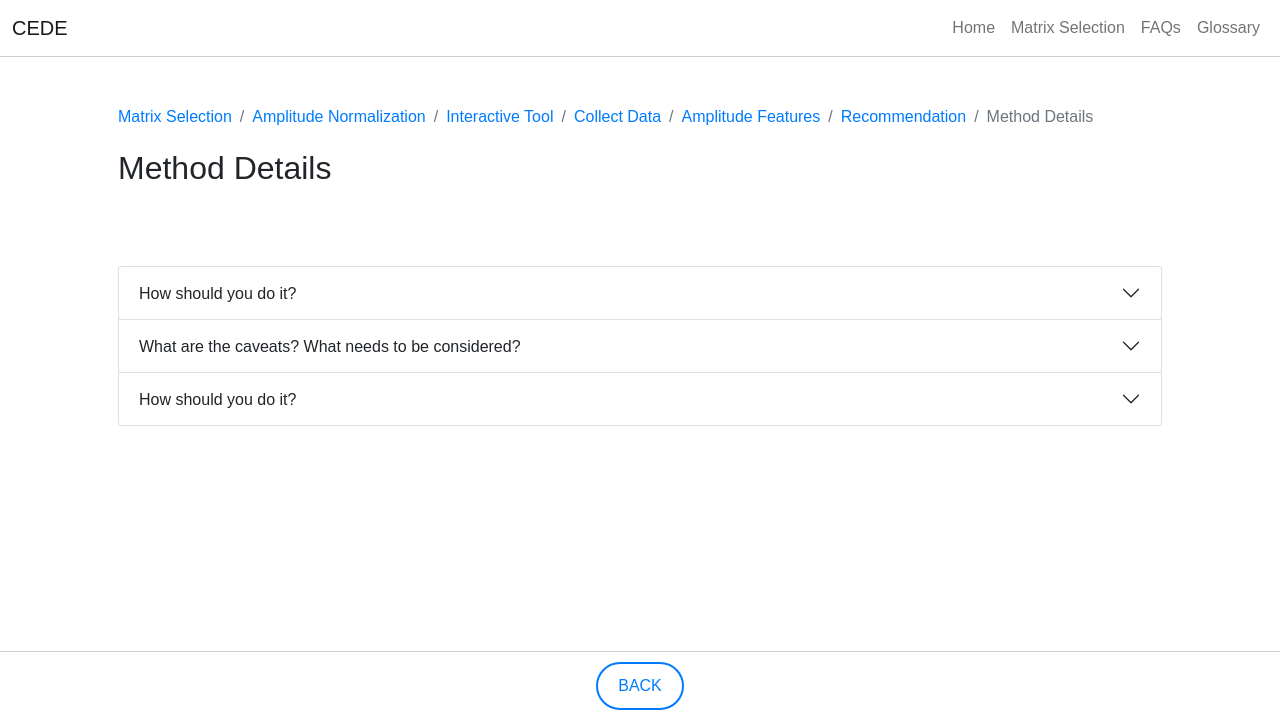
Repository: devashrisamani/CEDE-Website
Page: website/method.html
These files come from the project's save history. The page is drawn as it stood at one moment and after the next save; the edit follows.
The browser window is 1280 px wide. The pictures show the whole page.
Some web libraries are served in a nearby version.

Above is the page before, as saved 2024-09-11 13:48:41.

### website/method.html
<!DOCTYPE html>
<html lang="en">
  <head>
    <meta charset="UTF-8" />
    <meta name="viewport" content="width=device-width, initial-scale=1.0" />
    <title>Method Details</title>
    <link
      href="https://cdn.jsdelivr.net/npm/bootstrap@5.1.3/dist/css/bootstrap.min.css"
      rel="stylesheet"
    />
    <link rel="stylesheet" href="styles.css" />
    <style>
      #wrapper {
        width: 100%;
        text-align: center;
      }

      .header-title {
        margin-top: 20px;
        margin-bottom: 20px;
        text-align: left;
      }

      .recommendation-section {
        padding: 20px;
        border-radius: 5px;
        margin-bottom: 15px;
        text-align: left;
      }

      .high-probability {
        background-color: #d4edda;
        border: 1px solid #c3e6cb;
      }

      .caution {
        background-color: #fff3cd;
        border: 1px solid #ffeeba;
      }

      .low-probability {
        background-color: #f8d7da;
        border: 1px solid #f5c6cb;
      }

      .btn-container-wrapper {
        display: flex;
        justify-content: center;
        width: 100%;
      }

      .btn-container {
        position: fixed;
        bottom: 0;
        width: 100%;
        background-color: white;
        padding: 10px 0;
        display: flex;
        justify-content: center;
        border-top: 1px solid #cfcfcf;
        z-index: 1000;
      }

      .btn-container .btn {
        padding: 10px 20px;
        font-size: 16px;
        border-radius: 30px;
        border: 2px solid #007bff;
        background-color: white;
        color: #007bff;
        text-transform: uppercase;
      }

      .btn-container .btn:hover {
        background-color: #e0e0e0;
        color: #007bff;
      }

      .container {
        padding-bottom: 80px; /* to ensure the content does not hide behind the fixed button */
      }

      .accordion-button.collapsed {
        text-decoration: none;
      }

      .accordion-button.collapsed:hover {
        text-decoration: underline;
      }
    </style>
  </head>
  <body>
    <nav class="navbar navbar-expand-lg navbar-light bg-white">
      <div class="container-fluid">
        <a class="navbar-brand" href="#">CEDE</a>
        <button
          class="navbar-toggler"
          type="button"
          data-bs-toggle="collapse"
          data-bs-target="#navbarNavAltMarkup"
          aria-controls="navbarNavAltMarkup"
          aria-expanded="false"
          aria-label="Toggle navigation"
        >
          <span class="navbar-toggler-icon"></span>
        </button>
        <div
          class="collapse navbar-collapse justify-content-end"
          id="navbarNavAltMarkup"
        >
          <div class="navbar-nav">
            <a class="nav-link" href="#">Home</a>
            <a class="nav-link" href="#">Matrix Selection</a>
            <a class="nav-link" href="#">FAQs</a>
            <a class="nav-link" href="#">Glossary</a>
          </div>
        </div>
      </div>
    </nav>

    <!-- Main Content -->
    <div class="container mt-5 px-5">
      <nav aria-label="breadcrumb">
        <ol class="breadcrumb">
          <li class="breadcrumb-item">
            <a href="index.html">Matrix Selection</a>
          </li>
          <li class="breadcrumb-item">
            <a href="amplitude.html">Amplitude Normalization</a>
          </li>
          <li class="breadcrumb-item">
            <a href="inttool.html">Interactive Tool</a>
          </li>
          <li class="breadcrumb-item">
            <a href="collectdata.html">Collect Data</a>
          </li>
          <li class="breadcrumb-item">
            <a href="collectdata.html">Amplitude Features</a>
          </li>
          <li class="breadcrumb-item">
            <a href="recommendation.html">Recommendation</a>
          </li>
          <li class="breadcrumb-item active" aria-current="page">
            Method Details
          </li>
        </ol>
      </nav>

      <div class="header-title">
        <h2>Method Details</h2>
        <p id="method-title">
          <!-- Dynamic Title will be inserted here -->
        </p>

        <div id="recommendation-section" class="recommendation-section">
          <h4 id="recommendation-heading">
            <!-- Recommendation title will be inserted here -->
          </h4>
          <div id="why-good-choice">
            <!-- Dynamic content for 'Why is this method a good choice?' will be inserted here -->
          </div>
        </div>

        <div class="accordion" id="methodDetailsAccordion">
          <div class="accordion-item">
            <h2 class="accordion-header" id="headingThree">
              <button
                class="accordion-button collapsed"
                type="button"
                data-bs-toggle="collapse"
                data-bs-target="#collapseThree"
                aria-expanded="false"
                aria-controls="collapseThree"
              >
                How should you do it?
              </button>
            </h2>
            <div
              id="collapseThree"
              class="accordion-collapse collapse"
              aria-labelledby="headingThree"
              data-bs-parent="#methodDetailsAccordion"
            >
              <div class="accordion-body" id="how-do-it">
                <!-- Dynamic content for 'How should you do it?' will be inserted here -->
              </div>
            </div>
          </div>
          <div class="accordion-item">
            <h2 class="accordion-header" id="headingTwo">
              <button
                class="accordion-button collapsed"
                type="button"
                data-bs-toggle="collapse"
                data-bs-target="#collapseTwo"
                aria-expanded="false"
                aria-controls="collapseTwo"
              >
                What are the caveats? What needs to be considered?
              </button>
            </h2>
            <div
              id="collapseTwo"
              class="accordion-collapse collapse"
              aria-labelledby="headingTwo"
              data-bs-parent="#methodDetailsAccordion"
            >
              <div class="accordion-body" id="what-caveats">
                <!-- Dynamic content for 'What are the caveats?' will be inserted here -->
              </div>
            </div>
          </div>

          <div class="accordion-item">
            <h2 class="accordion-header" id="headingThree">
              <button
                class="accordion-button collapsed"
                type="button"
                data-bs-toggle="collapse"
                data-bs-target="#collapseThree"
                aria-expanded="false"
                aria-controls="collapseThree"
              >
                How should you do it?
              </button>
            </h2>
            <div
              id="collapseThree"
              class="accordion-collapse collapse"
              aria-labelledby="headingThree"
              data-bs-parent="#methodDetailsAccordion"
            >
              <div class="accordion-body" id="how-do-it">
                <!-- Dynamic content for 'How should you do it?' will be inserted here -->
              </div>
            </div>
          </div>
        </div>
      </div>

      <div class="btn-container-wrapper">
        <div class="btn-container">
          <button class="btn" onclick="location.href='recommendation.html'">
            Back
          </button>
        </div>
      </div>
    </div>

    <script>
      document.addEventListener("DOMContentLoaded", function () {
        const selectedMethod = JSON.parse(
          localStorage.getItem("selectedMethod")
        );

        if (selectedMethod) {
          // Dynamically insert the method title
          document.getElementById("method-title").innerText =
            selectedMethod.title;

          // Update the recommendation section based on the probability type
          let recommendationClass = "high-probability"; // default class
          let recommendationText =
            "Yes: High probability that this is appropriate";

          if (selectedMethod.probability === "caution") {
            recommendationClass = "caution";
            recommendationText =
              "Caution: Might be appropriate, considering specific issues";
          } else if (selectedMethod.probability === "low") {
            recommendationClass = "low-probability";
            recommendationText =
              "No: High probability that this is inappropriate";
          }

          // Set the recommendation class and heading
          const recommendationSection = document.getElementById(
            "recommendation-section"
          );
          recommendationSection.classList.add(recommendationClass);
          document.getElementById("recommendation-heading").innerText =
            recommendationText;

          // Insert the 'Why is this method a good choice?' content
          document.getElementById("why-good-choice").innerHTML = `
            <ul>
              ${selectedMethod.whyGoodChoice
                .map((item) => `<li>${item}</li>`)
                .join("")}
            </ul>
          `;

          // Insert the 'What are the caveats?' content
          document.getElementById("what-caveats").innerHTML = `
            <ul>
              ${selectedMethod.caveats
                .map((item) => `<li>${item}</li>`)
                .join("")}
            </ul>
          `;

          // Insert the 'How should you do it?' content
          document.getElementById("how-do-it").innerHTML = `
            <ul>
              ${selectedMethod.howToDoIt
                .map((item) => `<li>${item}</li>`)
                .join("")}
            </ul>
          `;
        }
      });
    </script>

    <script src="https://code.jquery.com/jquery-3.5.1.slim.min.js"></script>
    <script src="https://cdn.jsdelivr.net/npm/@popperjs/core@2.5.4/dist/umd/popper.min.js"></script>
    <script src="https://cdn.jsdelivr.net/npm/bootstrap@5.1.3/dist/js/bootstrap.bundle.min.js"></script>
    <script src="https://use.fontawesome.com/releases/v5.15.1/js/all.js"></script>
  </body>
</html>

### website/styles.css
body {
  font-family: Arial, sans-serif;
  margin: 0;
  padding: 0;
  background-color: #ffffff;
}

header {
  padding: 20px;
  text-align: center;
}

.navbar {
  border-bottom: 1px solid #cfcfcf;
  background-color: #ffffff;
}

.breadcrumb {
  background-color: white;
  padding: 0;
  margin-bottom: 20px;
}

.breadcrumb-item a {
  color: #007bff;
  text-decoration: none;
}

.breadcrumb-item a:hover {
  text-decoration: underline;
}

/* .breadcrumb-item a {
  text-decoration: none;
}
  remove underline from the breadcrumb links (but it does not work whoops */

header h1 {
  margin: 0;
  color: #333;
}

header p {
  color: #666;
}

After the next save:
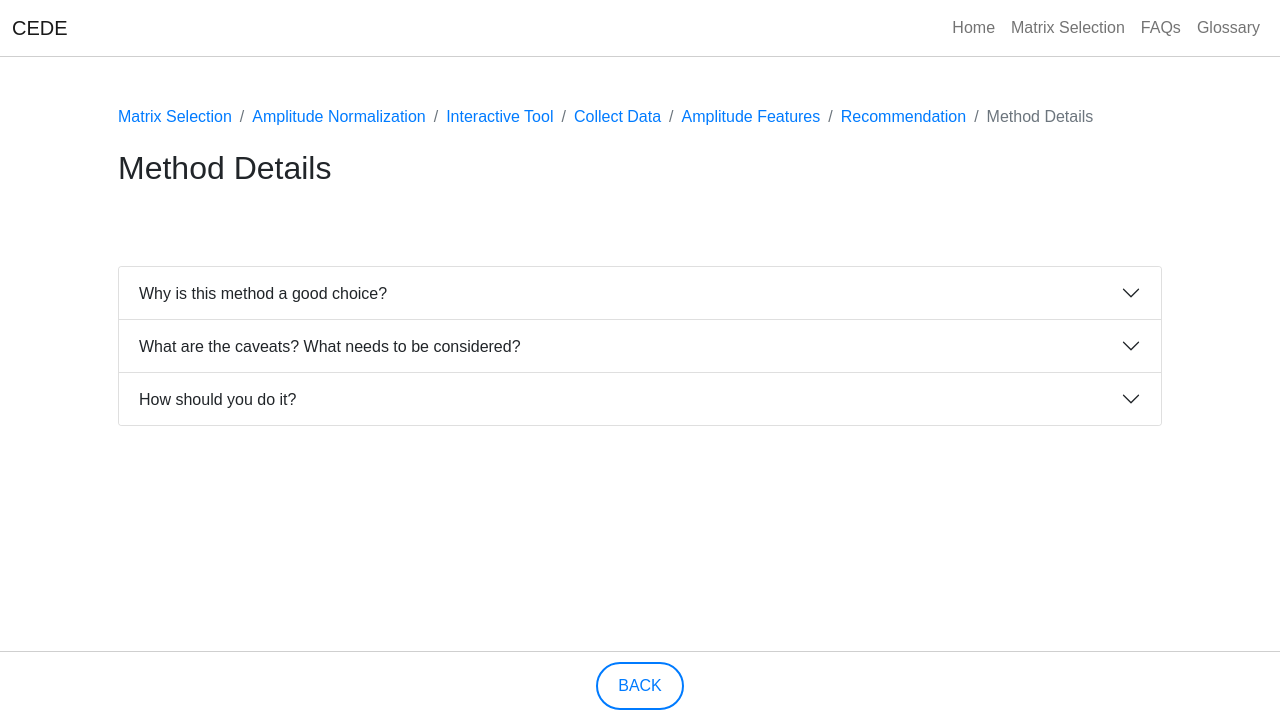
Saved 89 s later.
--- a/website/method.html
+++ b/website/method.html
@@ -156,12 +156,61 @@
           <h4 id="recommendation-heading">
             <!-- Recommendation title will be inserted here -->
           </h4>
-          <div id="why-good-choice">
-            <!-- Dynamic content for 'Why is this method a good choice?' will be inserted here -->
+          <div id="">
+            <!-- Dynamic content for the method name will be inserted here -->
           </div>
         </div>
 
         <div class="accordion" id="methodDetailsAccordion">
+          <div class="accordion-item">
+            <h2 class="accordion-header" id="headingThree">
+              <button
+                class="accordion-button collapsed"
+                type="button"
+                data-bs-toggle="collapse"
+                data-bs-target="#collapseThree"
+                aria-expanded="false"
+                aria-controls="collapseThree"
+              >
+                Why is this method a good choice?
+              </button>
+            </h2>
+            <div
+              id="collapseThree"
+              class="accordion-collapse collapse"
+              aria-labelledby="headingThree"
+              data-bs-parent="#methodDetailsAccordion"
+            >
+              <div class="accordion-body" id="why-good-choice">
+                <!-- Dynamic content for 'Why is this method a good choice?' will be inserted here -->
+              </div>
+            </div>
+          </div>
+          <div class="accordion-item">
+            <h2 class="accordion-header" id="headingTwo">
+              <button
+                class="accordion-button collapsed"
+                type="button"
+                data-bs-toggle="collapse"
+                data-bs-target="#collapseTwo"
+                aria-expanded="false"
+                aria-controls="collapseTwo"
+              >
+                What are the caveats? What needs to be considered?
+              </button>
+            </h2>
+            <div
+              id="collapseTwo"
+              class="accordion-collapse collapse"
+              aria-labelledby="headingTwo"
+              data-bs-parent="#methodDetailsAccordion"
+            >
+              <div class="accordion-body" id="what-caveats">
+                <!-- Dynamic content for 'What are the caveats?' will be inserted here -->
+              </div>
+            </div>
+          </div>
+
           <div class="accordion-item">
             <h2 class="accordion-header" id="headingThree">
               <button
@@ -186,55 +235,6 @@
               </div>
             </div>
           </div>
-          <div class="accordion-item">
-            <h2 class="accordion-header" id="headingTwo">
-              <button
-                class="accordion-button collapsed"
-                type="button"
-                data-bs-toggle="collapse"
-                data-bs-target="#collapseTwo"
-                aria-expanded="false"
-                aria-controls="collapseTwo"
-              >
-                What are the caveats? What needs to be considered?
-              </button>
-            </h2>
-            <div
-              id="collapseTwo"
-              class="accordion-collapse collapse"
-              aria-labelledby="headingTwo"
-              data-bs-parent="#methodDetailsAccordion"
-            >
-              <div class="accordion-body" id="what-caveats">
-                <!-- Dynamic content for 'What are the caveats?' will be inserted here -->
-              </div>
-            </div>
-          </div>
-
-          <div class="accordion-item">
-            <h2 class="accordion-header" id="headingThree">
-              <button
-                class="accordion-button collapsed"
-                type="button"
-                data-bs-toggle="collapse"
-                data-bs-target="#collapseThree"
-                aria-expanded="false"
-                aria-controls="collapseThree"
-              >
-                How should you do it?
-              </button>
-            </h2>
-            <div
-              id="collapseThree"
-              class="accordion-collapse collapse"
-              aria-labelledby="headingThree"
-              data-bs-parent="#methodDetailsAccordion"
-            >
-              <div class="accordion-body" id="how-do-it">
-                <!-- Dynamic content for 'How should you do it?' will be inserted here -->
-              </div>
-            </div>
-          </div>
         </div>
       </div>
 
